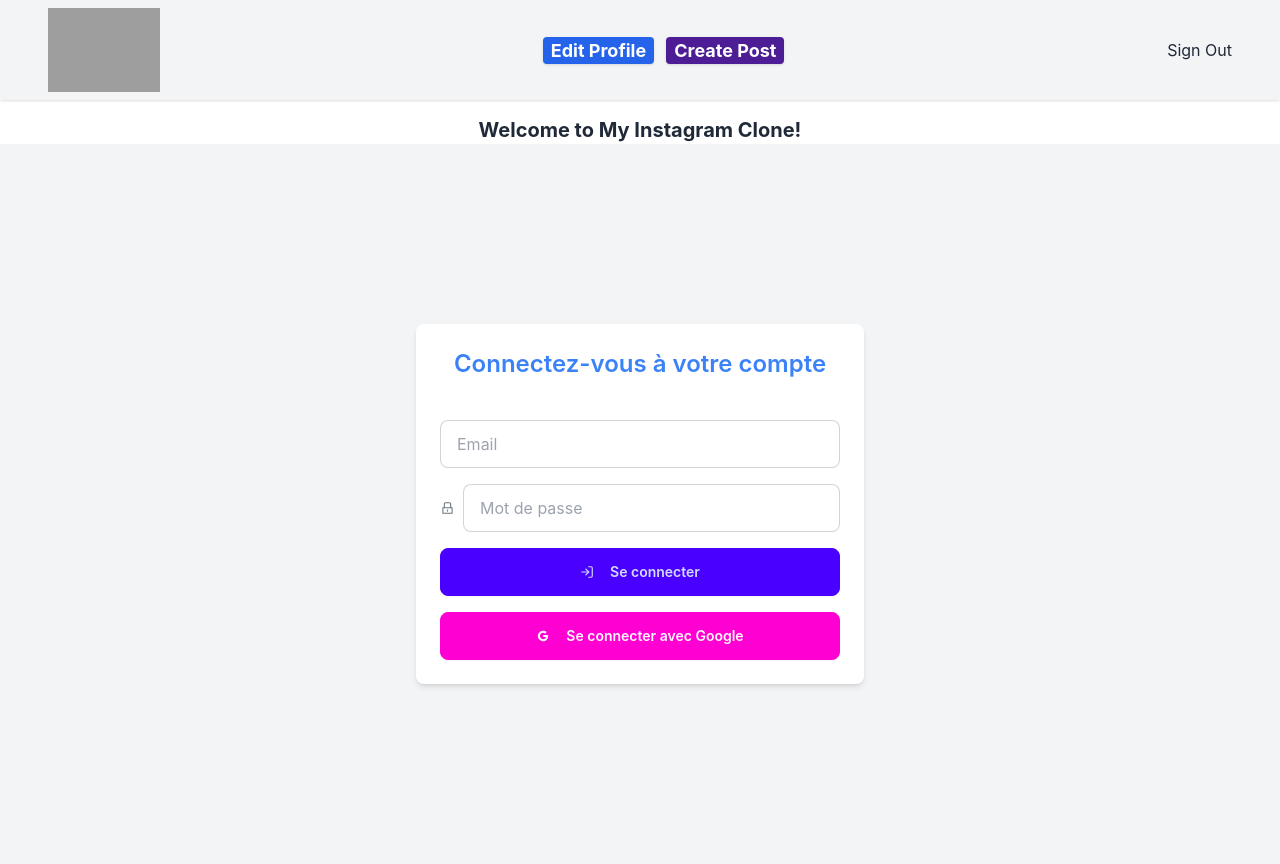
Repository: ossioa/instagrmmanu
Page: /login
The author's editor kept a copy of each file at every save. The page is drawn from the files as they stood at one save, then again after the next save.
The browser window is 1280 px wide. The pictures show the whole page.
Pictures or frames that could not be fetched are drawn as grey boxes. The page's requests for data from a server got no answer. The project was rebuilt for these pictures with package versions that can differ from the ones it lists, and the page was loaded fresh each time. No one was signed in, and anything a server would have sent is missing. Also part of the build but not shown: src/Components/Auth/Signup.js, src/Components/Common/Layout.jsx, src/Components/Profile/EditProfile.jsx, src/Components/Post/CreatePost.jsx.

Above is the page before, as saved 2024-05-12 00:27:12.

### src/App.js
import React from 'react';
import { BrowserRouter as Router, Routes, Route, Navigate } from 'react-router-dom';
import { AuthProvider } from './contexts/AuthContext';
import Login from './Components/Auth/Login';
import Signup from './Components/Auth/Signup';
import Layout from './Components/Common/Layout';
import EditProfile from './Components/Profile/EditProfile';
import CreatePost from './Components/Post/CreatePost';
//import PrivateRoute from './Components/Common/PrivateRoute';
import Navbar from './Components/Common/Navbar';
import Home from './Home';



function App() {
  return (
    <Router>
      <AuthProvider>
      <Home/>
        <Routes>
          <Route path="/login" element={<Login />} />
          <Route path="/signup" element={<Signup />} />
          <Route path="/" element={
              <Layout>
                <EditProfile />
                <CreatePost />
                <Navbar/>
              </Layout>
          } />
          <Route path="*" element={<Navigate to="/" />} />
        </Routes>
      </AuthProvider>
    </Router>
  );
}

export default App;

### src/contexts/AuthContext.jsx
import React, { createContext, useContext, useState, useEffect } from 'react';
import { auth } from '../config/firebase';
import { onAuthStateChanged } from 'firebase/auth';

const AuthContext = createContext();

export const AuthProvider = ({ children }) => {
  const [user, setUser] = useState(null);
  const [isLoading, setIsLoading] = useState(true); // Track loading state

  useEffect(() => {
    const unsubscribe = onAuthStateChanged(auth, (user) => {
      setUser(user);
      setIsLoading(false); // Update loading state when auth state is resolved
    });

    return () => unsubscribe();
  }, []);

  return (
    <AuthContext.Provider value={{ user, isLoading }}>
      {children}
    </AuthContext.Provider>
  );
};

export const useAuth = () => useContext(AuthContext);

### src/Components/Auth/Login.jsx
import React, { useState } from 'react';
import { auth } from '../../config/firebase';
import { signInWithEmailAndPassword, GoogleAuthProvider, signInWithPopup } from 'firebase/auth';
import { AiOutlineMail, AiOutlineLock, AiOutlineGoogle } from 'react-icons/ai';
import { FiLogIn } from 'react-icons/fi';

const Login = () => {
  const [email, setEmail] = useState('');
  const [password, setPassword] = useState('');

  const handleEmailLogin = async (event) => {
    event.preventDefault();
    try {
      const userCredential = await signInWithEmailAndPassword(auth, email, password);
      console.log('Logged in Successfully:', userCredential.user);
    } catch (error) {
      console.error('Error Logging in:', error);
    }
  };

  const googleSignIn = async () => {
    const provider = new GoogleAuthProvider();
    try {
      const result = await signInWithPopup(auth, provider);
      console.log('Google Sign-In Success', result.user);
    } catch (error) {
      console.error('Google Sign-In Error', error);
    }
  };

  return (
    <div className="flex justify-center items-center min-h-screen bg-gray-100">
      <form onSubmit={handleEmailLogin} className="flex flex-col p-6 space-y-4 bg-white shadow-md rounded-lg max-w-md w-full">
        <h2 className="text-2xl font-semibold text-center mb-6 text-blue-500">Connectez-vous à votre compte</h2>
        <div className="flex items-center space-x-2">

          <input
            type="email"
            value={email}
            onChange={(e) => setEmail(e.target.value)}
            AiOutlineMail
            placeholder="Email"
            className="input input-bordered w-full"
            autoComplete="username"
          />
        </div>
        <div className="flex items-center space-x-2">
          <AiOutlineLock className="text-gray-500" />
          <input
            type="password"
            value={password}
            onChange={(e) => setPassword(e.target.value)}
            placeholder="Mot de passe"
            className="input input-bordered w-full"
            autoComplete="current-password"
          />
        </div>
        <button type="submit" className="btn btn-primary w-full flex items-center justify-center">
          <FiLogIn className="mr-2" />
          Se connecter
        </button>
        <button type="button" onClick={googleSignIn} className="btn btn-secondary w-full flex items-center justify-center">
          <AiOutlineGoogle className="mr-2" />
          Se connecter avec Google
        </button>
      </form>
    </div>
  );
};

export default Login;

### src/Components/Common/Navbar.jsx
import React from 'react';
import { Link, useNavigate } from 'react-router-dom';
//import { useAuth } from '../../contexts/AuthContext'; // Adjust the path as necessary
import { auth } from '../../config/firebase'; // Ensure this is correctly imported
import { signOut } from 'firebase/auth';

const Navbar = () => {
  //const { currentUser } = useAuth();
  const navigate = useNavigate(); // Hook to programmatically navigate

  const handleSignOut = async () => {
    try {
      await signOut(auth);  // Firebase sign out
      navigate('/login');   // Redirect to login after sign out
    } catch (error) {
      console.error('Sign out failed', error);
    }
  };

  return (
    <div className='flex justify-between items-center px-12 py-2 bg-gray-100 sticky top-0 z-20 shadow'>
      <div className='flex'>
        <img src='https://pngedits.com/public/uploads/preview/instagram-logo-png-image-download-11617068196c1gb8cm06w.png' alt='logo' className='w-28' />
      </div>
      {/* <Search /> Uncomment this line if the Search component is defined elsewhere */}
      <div className='flex items-center justify-between gap-x-3'>
        <button className='text-white bg-blue-600 hover:bg-green-600 transform transition duration-500 ease-in-out hover:scale-110 font-bold px-2 py-0 shadow rounded text-[18px]'><Link to="/profile/edit">Edit Profile</Link></button>
        <button className='text-white bg-violet-900 hover:bg-yellow-500 transform transition duration-500 ease-in-out hover:scale-110 font-bold px-2 py-0 shadow rounded text-[18px]'><Link to="/post/create">Create Post</Link></button>
      </div>
      <button onClick={handleSignOut} className="hover:text-blue-300 transition duration-200">Sign Out</button>
    </div>
  );
}

export default Navbar;

### src/Home.jsx
import React from 'react';
import Navbar from './Components/Common/Navbar';
import PostList from './Components/Post/PostList';

const Home = () => {
  return (
    <div>
      <Navbar />
      <div className="container mx-auto mt-4">
        <h1 className="text-xl font-bold text-center">Welcome to My Instagram Clone!</h1>
        <PostList />
      </div>
    </div>
  );
};

export default Home;

### src/config/firebase.js
import { initializeApp } from 'firebase/app';
import { getFirestore } from 'firebase/firestore';
import { getAuth } from 'firebase/auth';
import { getStorage } from 'firebase/storage';
import { setPersistence, browserSessionPersistence } from 'firebase/auth';

//Firebase configuration
const firebaseConfig = {
  apiKey: "AIzaSyCRk86K_x3uTYvSoD7edeMJFlYN4vrIYAg",
  authDomain: "instagramclone241.firebaseapp.com",
  projectId: "instagramclone241",
  storageBucket: "instagramclone241.appspot.com",
  messagingSenderId: "567921808959",
  appId: "1:567921808959:web:6ca2bafa2d16ce1749ca8a"
};

// Initialize Firebase
const app = initializeApp(firebaseConfig);

// Initialize the Firebase services
const db = getFirestore(app);
const auth = getAuth(app);
const storage = getStorage(app);

setPersistence(auth, browserSessionPersistence)
  .then(() => {
    console.log("Persistence is set to session-based");
  })
  .catch((error) => {
    console.error("Error setting persistence:", error);
  });

export { db, auth, storage };

### src/Components/Post/PostList.jsx
import React, { useEffect, useState } from 'react';
import { collection, getDocs } from 'firebase/firestore';
import { db } from '../../config/firebase';
import { formatDistanceToNow } from 'date-fns';

const PostList = () => {
  const [posts, setPosts] = useState([]);

  useEffect(() => {
    const fetchPosts = async () => {
      const querySnapshot = await getDocs(collection(db, "posts"));
      const postsData = querySnapshot.docs.map(doc => {
        const data = doc.data();
        return {
          id: doc.id,
          ...data,
          timestamp: data.timestamp ? data.timestamp.toDate() : new Date()
        };
      });
      setPosts(postsData);
    };

    fetchPosts();
  }, []);

  return (
    <div>
      {posts.map(post => (
        <div key={post.id} style={{ marginBottom: '20px' }}>
          <img src={post.photoURL} alt="Post" style={{ width: '100%' }} />
          <p>{post.caption}</p>
          <small>{formatDistanceToNow(post.timestamp)} ago</small>  {/* Affichage du temps écoulé depuis la création du post */}
          <div>
            <button>👍 {post.likes}</button> {/* Bouton pour liker */}
            <span> - {post.comments.length} comments</span> {/* Affichage du nombre de commentaires */}
          </div>
        </div>
      ))}
    </div>
  );
};

export default PostList;

### tailwind.config.js
/** @type {import('tailwindcss').Config} */
module.exports = {
  content: [
    "./src/**/*.{js,jsx,ts,tsx}",
  ],
  theme: {
    extend: {
      animation: {
        'gradient-x':'gradient-x 10s ease infinite',
        'gradient-y':'gradient-y 10s ease infinite'
      },
      keyframes: {
        'gradient-y': {
          '0%, 100%': {
            'background-size':'400% 400%',
            'background-position': 'center top'
          },
          '50%': {
            'background-size':'200% 200%',
            'background-position': 'center center'
          }
        },
        'gradient-x': {
          '0%, 100%': {
            'background-size':'200% 200%',
            'background-position': 'left center'
          },
          '50%': {
            'background-size':'200% 200%',
            'background-position': 'right center'
          }
        }
      }
    },
  },
  plugins: [
    require('daisyui'),
  ],
}

Loaded but not shown: public/index.html (common file); src/index.js (common file); src/index.css (common file)

After the next save:
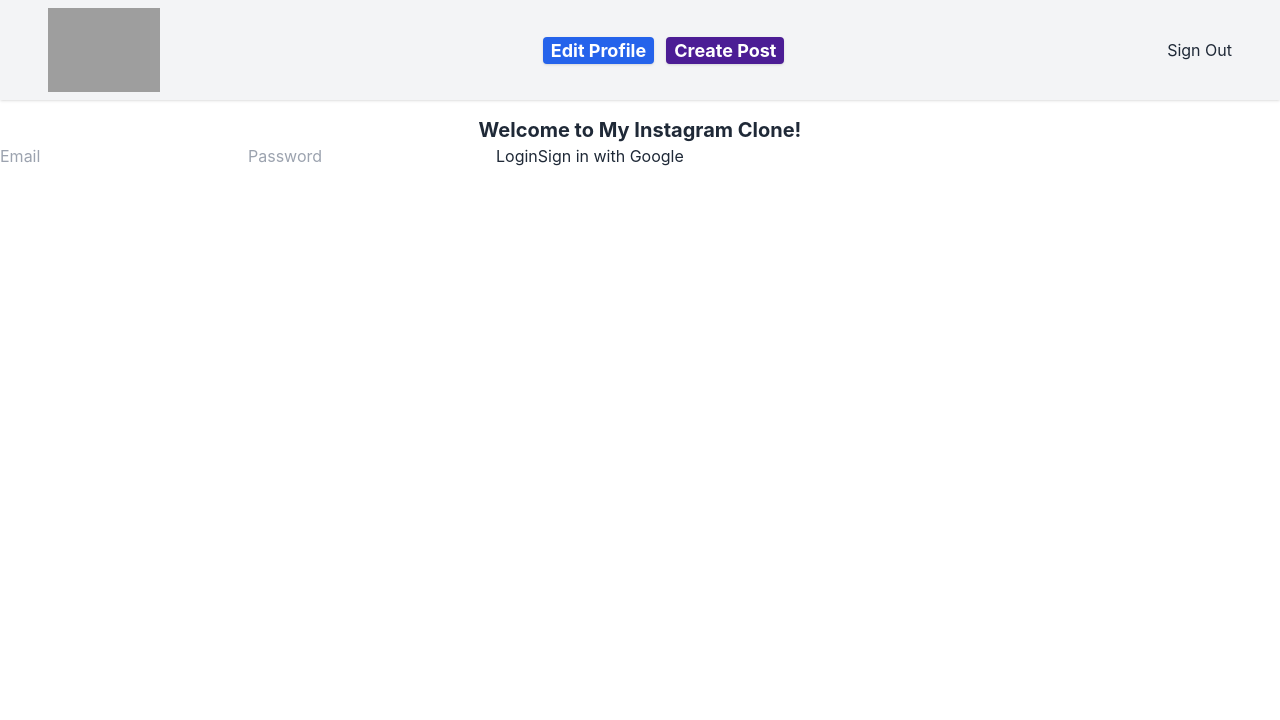
Saved 15 s later.
--- a/src/Components/Auth/Login.jsx
+++ b/src/Components/Auth/Login.jsx
@@ -1,8 +1,6 @@
 import React, { useState } from 'react';
 import { auth } from '../../config/firebase';
 import { signInWithEmailAndPassword, GoogleAuthProvider, signInWithPopup } from 'firebase/auth';
-import { AiOutlineMail, AiOutlineLock, AiOutlineGoogle } from 'react-icons/ai';
-import { FiLogIn } from 'react-icons/fi';
 
 const Login = () => {
   const [email, setEmail] = useState('');
@@ -29,42 +27,12 @@ const Login = () => {
   };
 
   return (
-    <div className="flex justify-center items-center min-h-screen bg-gray-100">
-      <form onSubmit={handleEmailLogin} className="flex flex-col p-6 space-y-4 bg-white shadow-md rounded-lg max-w-md w-full">
-        <h2 className="text-2xl font-semibold text-center mb-6 text-blue-500">Connectez-vous à votre compte</h2>
-        <div className="flex items-center space-x-2">
-
-          <input
-            type="email"
-            value={email}
-            onChange={(e) => setEmail(e.target.value)}
-            AiOutlineMail
-            placeholder="Email"
-            className="input input-bordered w-full"
-            autoComplete="username"
-          />
-        </div>
-        <div className="flex items-center space-x-2">
-          <AiOutlineLock className="text-gray-500" />
-          <input
-            type="password"
-            value={password}
-            onChange={(e) => setPassword(e.target.value)}
-            placeholder="Mot de passe"
-            className="input input-bordered w-full"
-            autoComplete="current-password"
-          />
-        </div>
-        <button type="submit" className="btn btn-primary w-full flex items-center justify-center">
-          <FiLogIn className="mr-2" />
-          Se connecter
-        </button>
-        <button type="button" onClick={googleSignIn} className="btn btn-secondary w-full flex items-center justify-center">
-          <AiOutlineGoogle className="mr-2" />
-          Se connecter avec Google
-        </button>
-      </form>
-    </div>
+    <form onSubmit={handleEmailLogin}>
+      <input type="email" value={email} onChange={(e) => setEmail(e.target.value)} placeholder="Email" />
+      <input type="password" value={password} onChange={(e) => setPassword(e.target.value)} placeholder="Password" />
+      <button type="submit">Login</button>
+      <button onClick={googleSignIn}>Sign in with Google</button>  {/* Bouton pour la connexion Google */}
+    </form>
   );
 };
 
